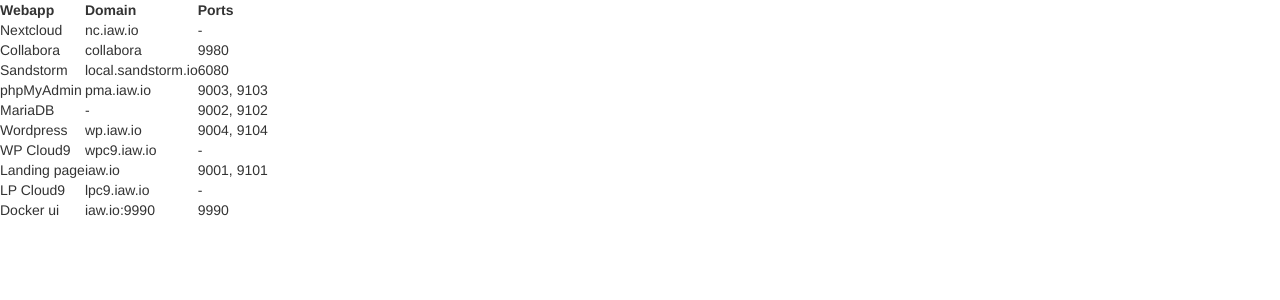
Repository: orboan-docker/iaw-local
Page: landing/list.html
The author's editor kept a record of every edit. The page is drawn from the files as they stood at one moment, then again after the next edit.
The browser window is 1280 px wide. The pictures show the whole page.

Above is the page before.

After the next edit:
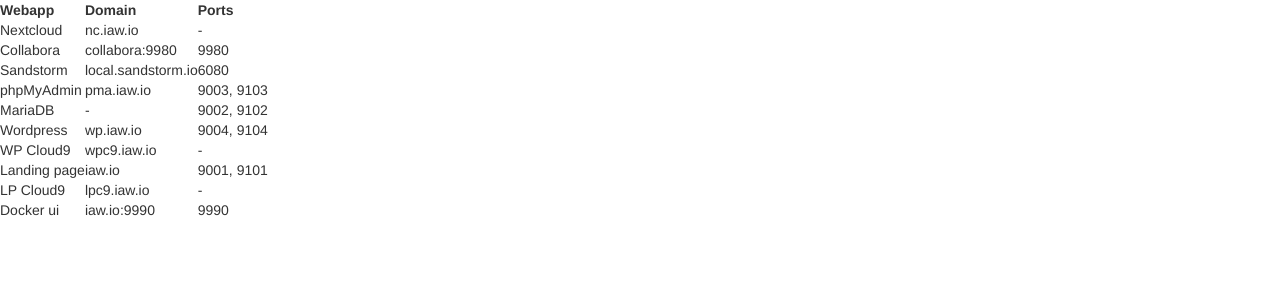
The edit:
--- a/landing/list.html
+++ b/landing/list.html
@@ -28,7 +28,7 @@
         </tr>
         <tr>
             <td>Collabora</td>
-            <td>collabora</td>
+            <td>collabora:9980</td>
             <td>9980</td>
         </tr>
         <tr>
